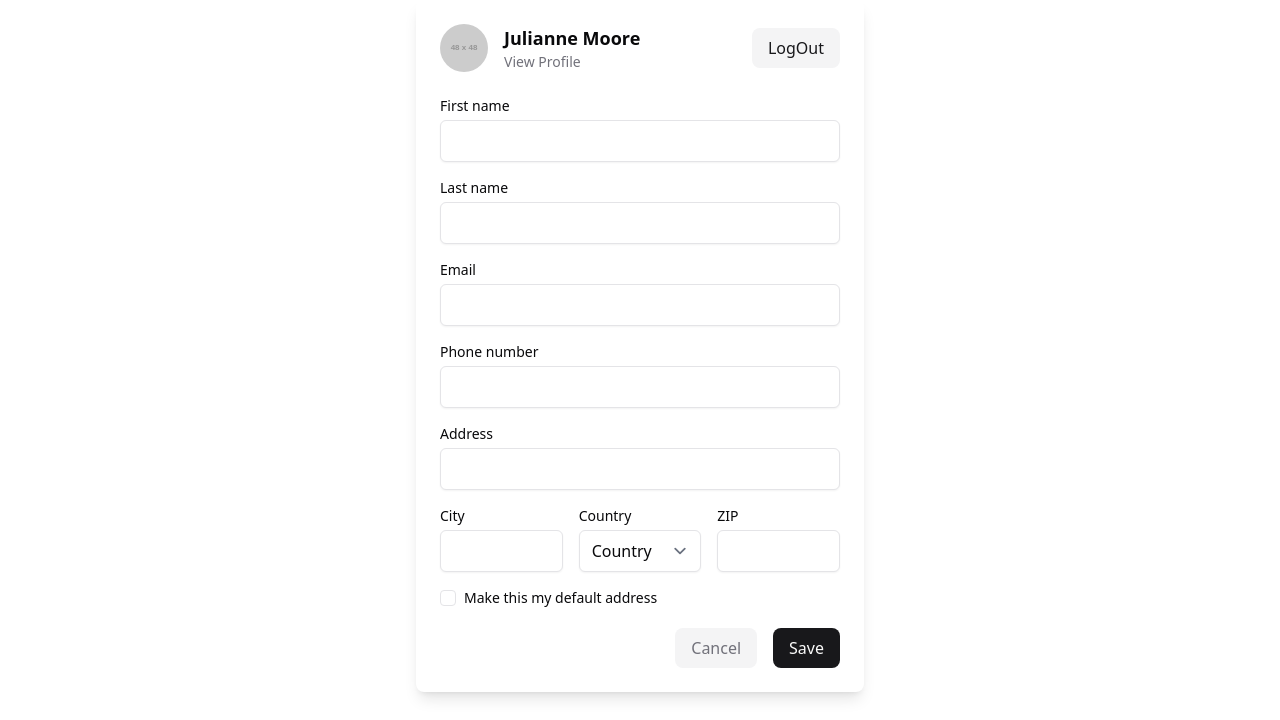
Repository: oafnghh/CassanoSphere
Page: http://localhost/CassanoSphere/setting.jsp
An editor plug-in stored every save of this project. The page is shown before and after the next save, followed by the edit.
The browser window is 1280 px wide. The pictures show the whole page.
Some web libraries are served in a nearby version. The page is served by Tomcat 9.

Above is the page before, as saved 2024-07-15 15:07:55.

After the next save:
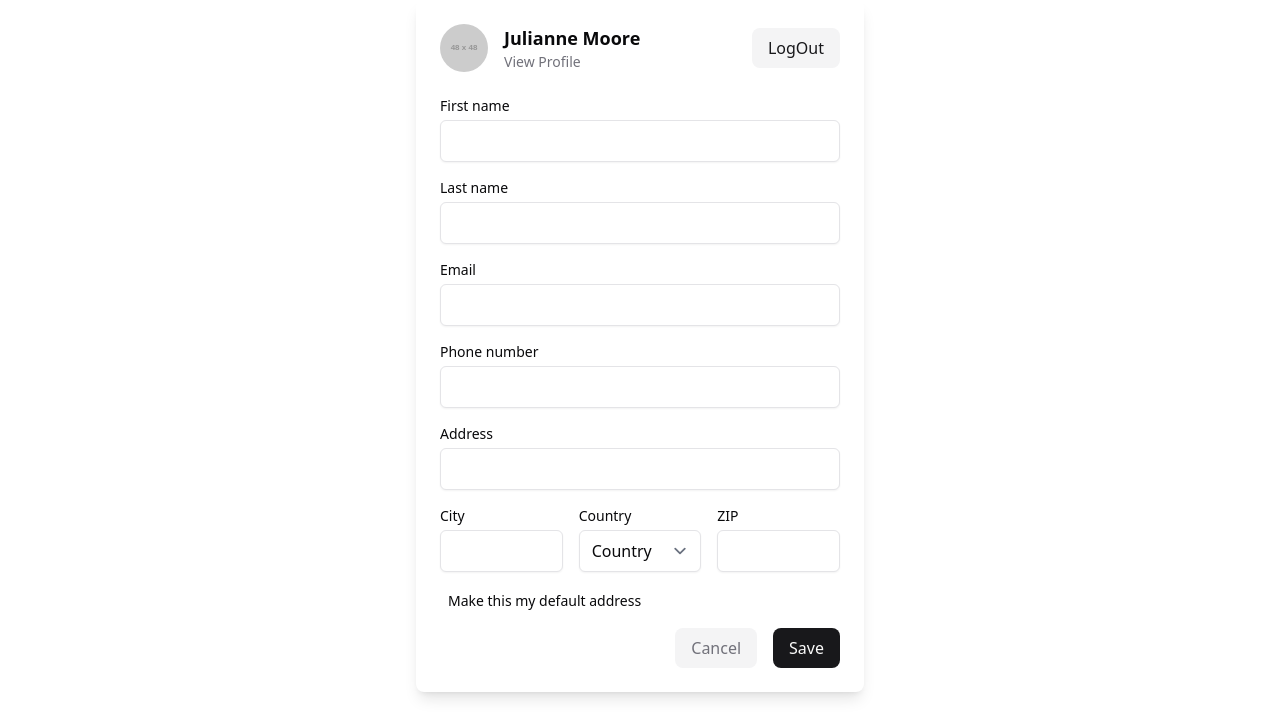
Saved 7 s later.
--- a/CassanoSphere/webapp/www/setting/includes/main.jsp
+++ b/CassanoSphere/webapp/www/setting/includes/main.jsp
@@ -72,9 +72,7 @@
 		</div>
 
 		<div class="mb-4">
-			<label class="inline-flex items-center"> <input
-				type="checkbox"
-				class="rounded border-input text-primary focus:ring-primary" /> <a
+			<label class="inline-flex items-center"><a
 				class="ml-2 text-sm text-foreground">Make this my default
 					address</a>
 			</label>
